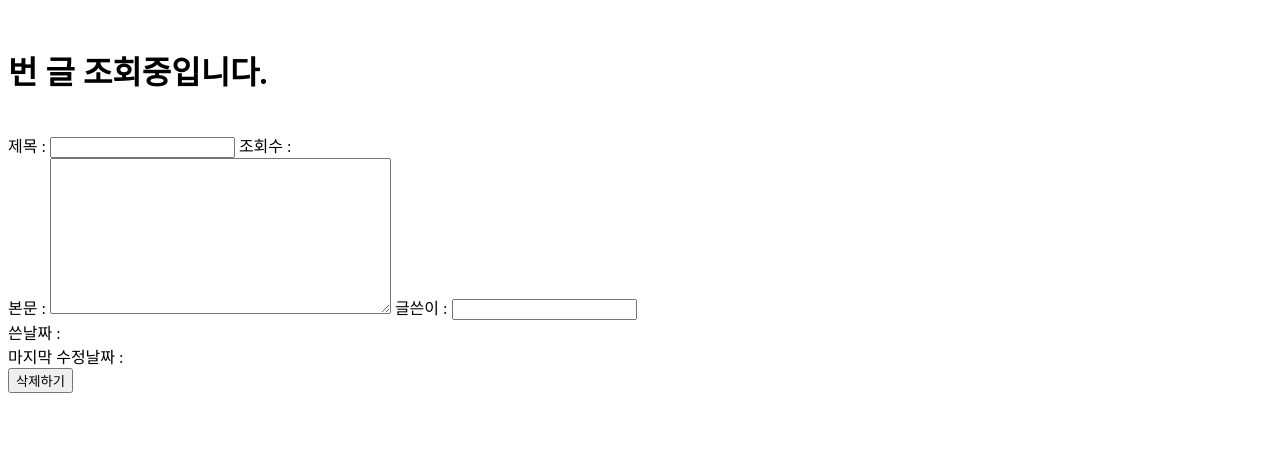
Repository: HeeMang28/jsp2
Page: http://localhost/MyFirstWeb/board/boardDetail.jsp
An editor plug-in stored every save of this project. The page is shown before and after the next save, followed by the edit.
The browser window is 1280 px wide. The pictures show the whole page.
The page is served by Tomcat 9. Other server files are loaded and not shown. The template is opened directly, without the code that normally fills it, so the values that code supplies are empty.

Above is the page before, as saved 2022-04-20 09:37:55.

### MyFirstWeb/src/main/webapp/board/boardDetail.jsp
<%@ page language="java" contentType="text/html; charset=UTF-8"
    pageEncoding="UTF-8"%>
<!DOCTYPE html>
<html>
<head>
<meta charset="UTF-8">
<title>Insert title here</title>
</head>
<body>
	${board} <br/>
	<h1>${board.boardNum }번 글 조회중입니다. </h1><br/>
	제목 : <input type="text" value="${board.title }">  조회수 : ${board.hit }<br/>
	본문 : <textarea cols="40" rows="10">${board.content } </textarea> <!--  텍스트는 괄호 밖에다가 el로 처리 -->
	글쓴이 : <input type="text" value="${board.writer }"><br/>
	쓴날짜 : ${board.bDate } <br/>
	마지막 수정날짜 : ${board.mDate }<br/>
	<form action="/MyFirstWeb/BoardDelete" method="post">
	<input type="submit" value="삭제하기" />
	</form>
</body>
</html>

After the next save:
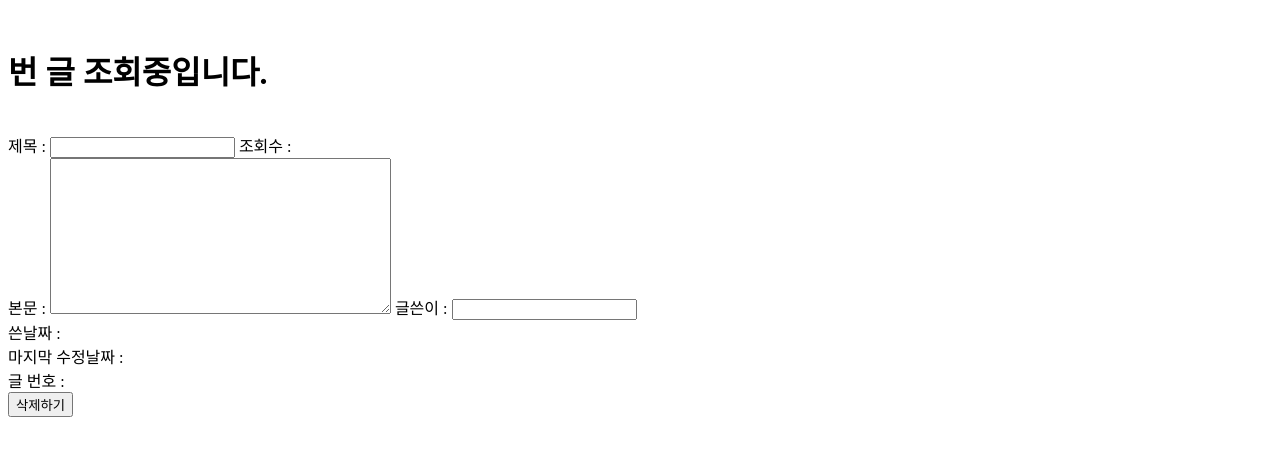
Saved 55 s later.
--- a/MyFirstWeb/src/main/webapp/board/boardDetail.jsp
+++ b/MyFirstWeb/src/main/webapp/board/boardDetail.jsp
@@ -15,6 +15,7 @@
 	쓴날짜 : ${board.bDate } <br/>
 	마지막 수정날짜 : ${board.mDate }<br/>
 	<form action="/MyFirstWeb/BoardDelete" method="post">
+	글 번호 : <input type="hidden" name="number"/><br/>
 	<input type="submit" value="삭제하기" />
 	</form>
 </body>
